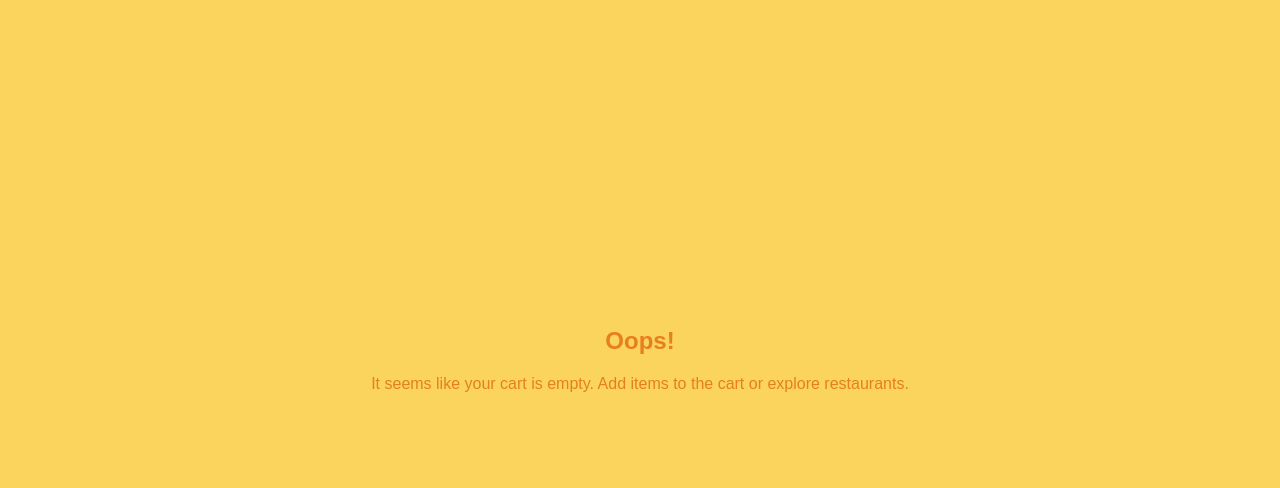
Repository: SWATHIBHUMA/FoodDelivaryApp
Page: http://localhost/FoodDelivaryApp/errorPage.jsp
The author's editor kept a copy of each file at every save. The page is drawn from the files as they stood at one save, then again after the next save.
The browser window is 1280 px wide. The pictures show the whole page.
The page is served by Tomcat 9. Other server files are loaded and not shown.

Above is the page before, as saved 2024-01-14 12:00:57.

### FoodDelivaryApp/src/main/webapp/errorPage.jsp
<%@ page language="java" contentType="text/html; charset=UTF-8" pageEncoding="UTF-8"%>

<!DOCTYPE html>
<html lang="en">
<head>
    <meta charset="UTF-8">
    <meta http-equiv="X-UA-Compatible" content="IE=edge">
    <meta name="viewport" content="width=device-width, initial-scale=1.0">
    <title>Error - Nothing in Cart</title>
    <style>
        body {
            font-family: 'Arial', sans-serif;
            background-color: #fbd45d; /* Warm yellow background */
            margin: 0;
            padding: 0;
            display: flex;
            align-items: center;
            justify-content: center;
            height: 100vh;
            text-align: center;
        }

        h1 {
            color: #e67e22; /* Dark orange text */
            margin-bottom: 20px;
            font-size: 24px;
            animation: bounce 1s forwards; /* Change infinite to forwards for single time bounce */
        }

        p {
            color: #e67e22; /* Dark orange text */
            font-size: 16px;
            animation: fadeIn 1s ease; /* Add fade-in animation */
        }

        @keyframes bounce {
            0%, 20%, 50%, 80%, 100% {
                transform: translateY(0);
            }
            40% {
                transform: translateY(-20px);
            }
            60% {
                transform: translateY(-10px);
            }
        }

        @keyframes fadeIn {
            from {
                opacity: 0;
            }
            to {
                opacity: 1;
            }
        }
    </style>
</head>
<body>
    <div>
        <h1>Oops!</h1>
        <p>It seems like your cart is empty. Add items to the cart or explore restaurants.</p>
    </div>
</body>
</html>

After the next save:
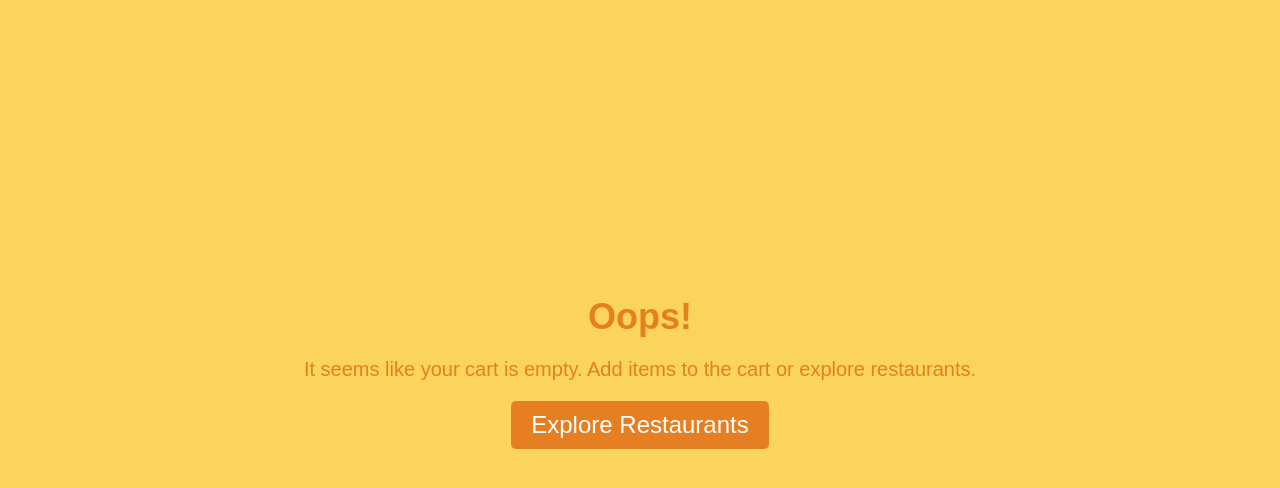
Saved 54 s later.
--- a/FoodDelivaryApp/src/main/webapp/errorPage.jsp
+++ b/FoodDelivaryApp/src/main/webapp/errorPage.jsp
@@ -23,14 +23,29 @@
         h1 {
             color: #e67e22; /* Dark orange text */
             margin-bottom: 20px;
-            font-size: 24px;
+            font-size: 36px; /* Increased font size */
             animation: bounce 1s forwards; /* Change infinite to forwards for single time bounce */
         }
 
         p {
             color: #e67e22; /* Dark orange text */
-            font-size: 16px;
+            font-size: 20px; /* Increased font size */
             animation: fadeIn 1s ease; /* Add fade-in animation */
+        }
+
+        button {
+            background-color: #e67e22; /* Dark orange button color */
+            color: #ffffff; /* White button text color */
+            padding: 10px 20px;
+            font-size: 24px; /* Increased font size */
+            border: none;
+            border-radius: 5px;
+            cursor: pointer;
+            transition: background-color 0.3s ease;
+        }
+
+        button:hover {
+            background-color: #d35400; /* Darker orange on hover */
         }
 
         @keyframes bounce {
@@ -59,6 +74,7 @@
     <div>
         <h1>Oops!</h1>
         <p>It seems like your cart is empty. Add items to the cart or explore restaurants.</p>
+        <button onclick="window.location.href='<%= request.getContextPath() %>/Restaurents'" class="back-to-restaurants-btn">Explore Restaurants</button>
     </div>
 </body>
 </html>
